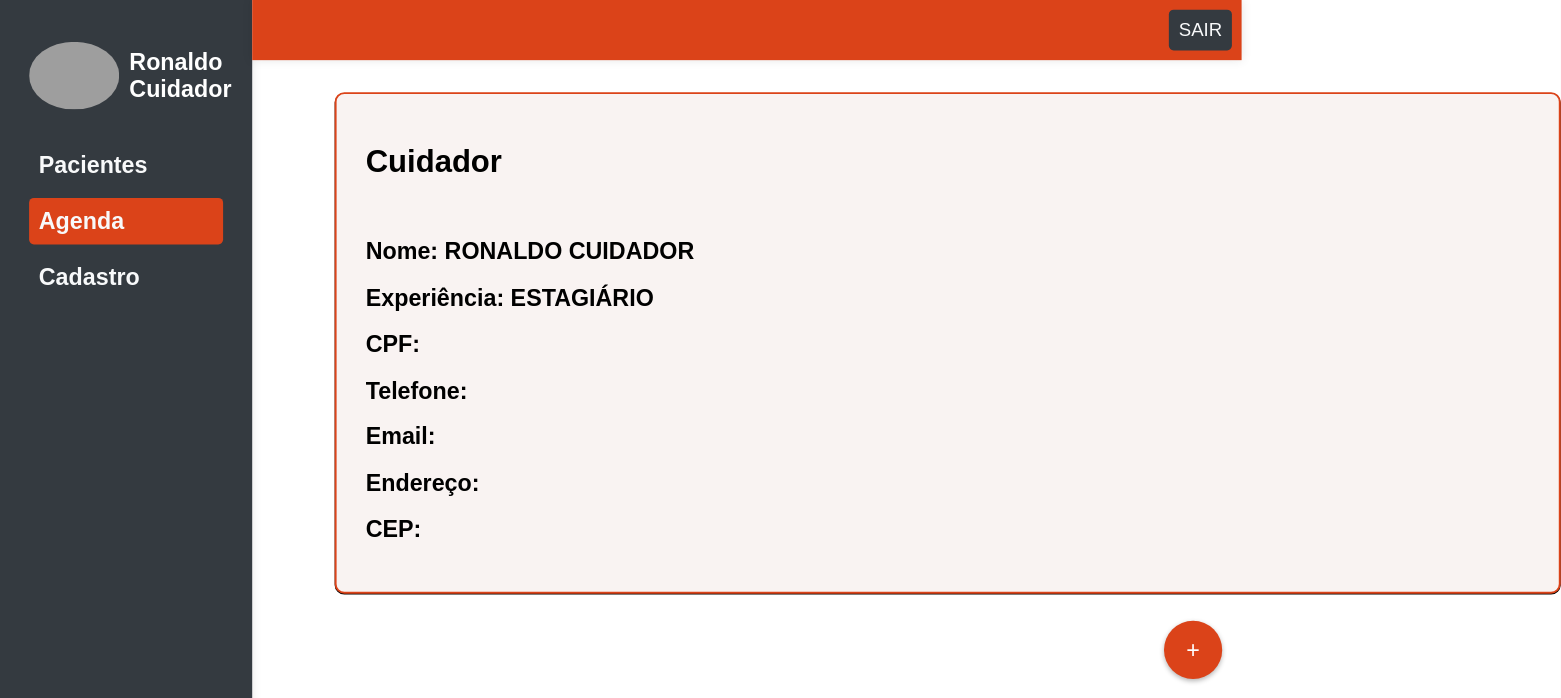
Repository: Heatl-Notes/newHN
Page: dashboard.html
The author's editor kept a copy of each file at every save. The page is drawn from the files as they stood at one save, then again after the next save.
The browser window is 1280 px wide. The page is 1609 px wide, so the pictures cover 1609 px, including what lies to the right of the window. The pictures show the whole page, at 97% of full size.
After loading, the first visible `button[onclick="openAgenda()"]` was clicked once.
Pictures or frames that could not be fetched are drawn as grey boxes. The page's requests for data from a server got no answer.

Above is the page before, as saved 2023-05-20 16:37:13.

After the next save:
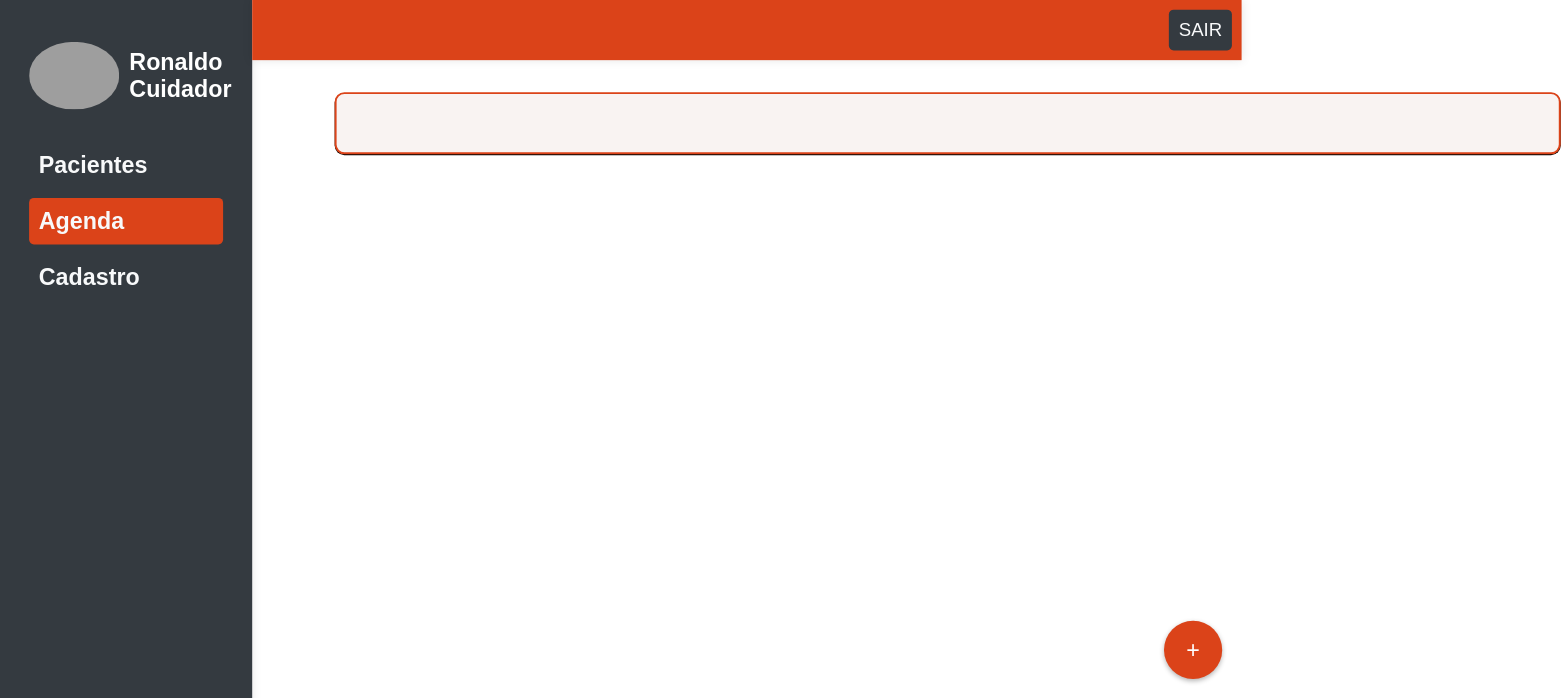
Console error: ReferenceError: Result is not defined
Saved 20 s later.
--- a/js/dashboard.js
+++ b/js/dashboard.js
@@ -72,7 +72,7 @@
 }
 
 async function openAgenda() {
-  console.log(courrentClient.result);
+  console.log(Result(courrentClient));
 
   var novoElemento = document.createElement("div");
   novoElemento.className = "profile-card";

After the save that followed:
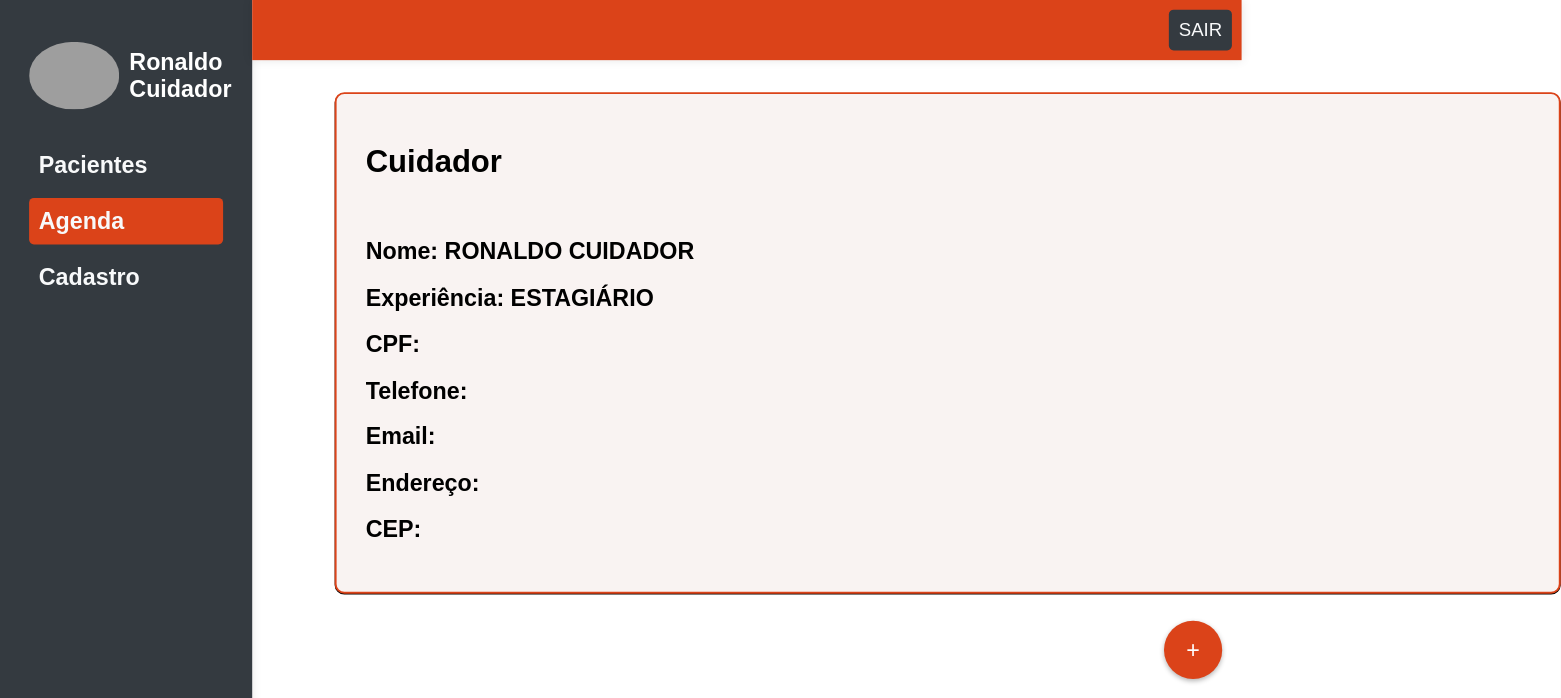
The error is gone.
Saved 17 s later.
--- a/js/dashboard.js
+++ b/js/dashboard.js
@@ -72,7 +72,7 @@
 }
 
 async function openAgenda() {
-  console.log(Result(courrentClient));
+  console.log(courrentClient);
 
   var novoElemento = document.createElement("div");
   novoElemento.className = "profile-card";
